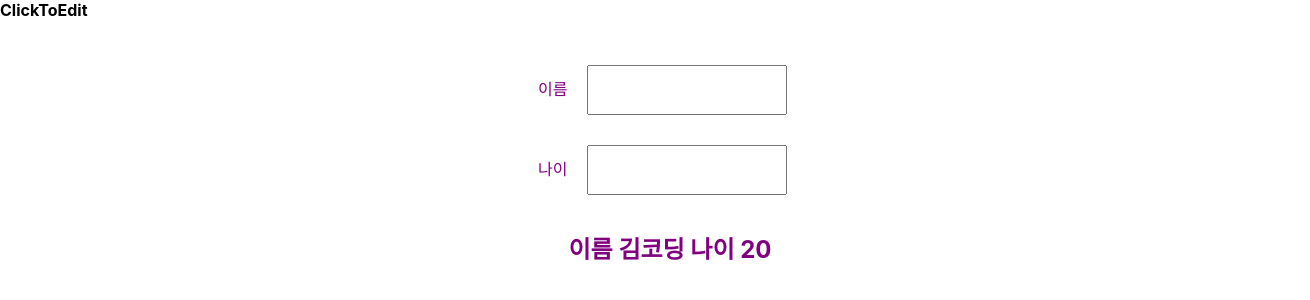
Repository: janghwahyun/wanted_pre_onboarding
Page: /ClickToEdit
An editor plug-in stored every save of this project. The page is shown before and after the next save, followed by the edit.
The browser window is 1280 px wide. The page is 1310 px wide, so the pictures cover 1310 px, including what lies to the right of the window. The pictures show the whole page.
The project was rebuilt for these pictures with package versions that can differ from the ones it lists, and the page was loaded fresh each time. Also part of the build but not shown: src/component/Modal.js, src/component/Tab.js, src/component/Tag.js, src/component/Toggle.js.

Above is the page before, as saved 2022-02-11 14:34:01.

### src/App.js
import ClickToEdit from './component/ClickToEdit';
import Modal from './component/Modal';
import Tab from './component/Tab';
import Tag from './component/Tag';
import Toggle from './component/Toggle';

import './App.css';
import { BrowserRouter, Routes, Route } from 'react-router-dom';

function App() {
  return (
    <BrowserRouter>
      <Routes>
        <Route path="/" element={<App />} />
        <Route path="/ClickToEdit" element={<ClickToEdit />} />
        <Route path="/Modal" element={<Modal />} />
        <Route path="/Tab" element={<Tab />} />
        <Route path="/Tag" element={<Tag />} />
        <Route path="/Toggle" element={<Toggle />} />
      </Routes>
    </BrowserRouter>
  );
}

export default App;

### src/component/ClickToEdit.js
import React, { useState } from 'react';
import styled from 'styled-components';

const ClickToEdit = () => {
  const [name, setName] = useState('김코딩');
  const [age, setAge] = useState('20');

  return (
    <>
      <strong>ClickToEdit</strong>
      <Form>
        <div>
          이름 <Input onChange={e => setName(e.target.value)}></Input>
        </div>
        <div>
          나이 <Input onChange={e => setAge(e.target.value)}></Input>
        </div>
        <h2>
          이름 {name} 나이 {age}
        </h2>
      </Form>
    </>
  );
};
const Form = styled.div`
  width: 100%;
  display: flex;
  justify-content: center;
  align-items: center;
  flex-direction: column;
  margin: 30px;
  color: purple;
`;

const Input = styled.input`
  width: 200px;
  height: 50px;
  margin: 15px;
  transition: 1s;
`;

export default ClickToEdit;

### src/App.css
* {
  box-sizing: border-box;
}

.App {
  width: 100%;
  height: 100vh;
  display: flex;
  justify-content: center;
  align-items: center;
}

Loaded but not shown: public/index.html (common file); src/index.js (common file); src/index.css (common file); src/reportWebVitals.js (common file)

After the next save:
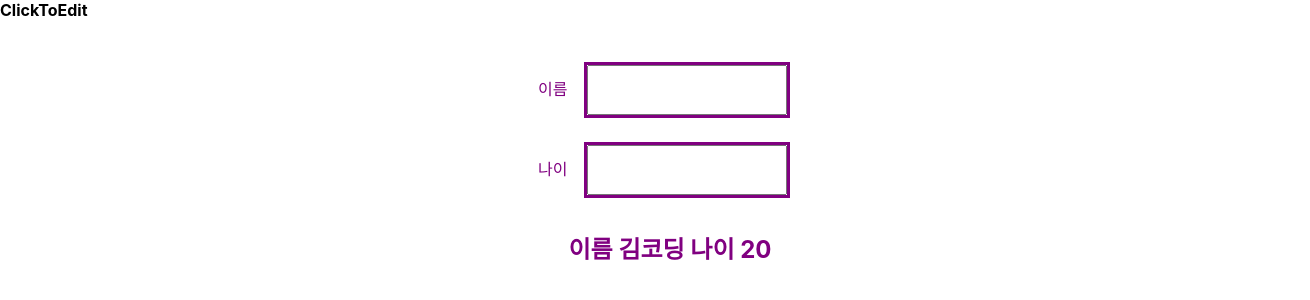
Saved 107 s later.
--- a/src/component/ClickToEdit.js
+++ b/src/component/ClickToEdit.js
@@ -37,6 +37,9 @@
   height: 50px;
   margin: 15px;
   transition: 1s;
+  outline: 3px;
+  outline-color: purple;
+  outline-style: solid;
 `;
 
 export default ClickToEdit;

After the 2 saves that followed:
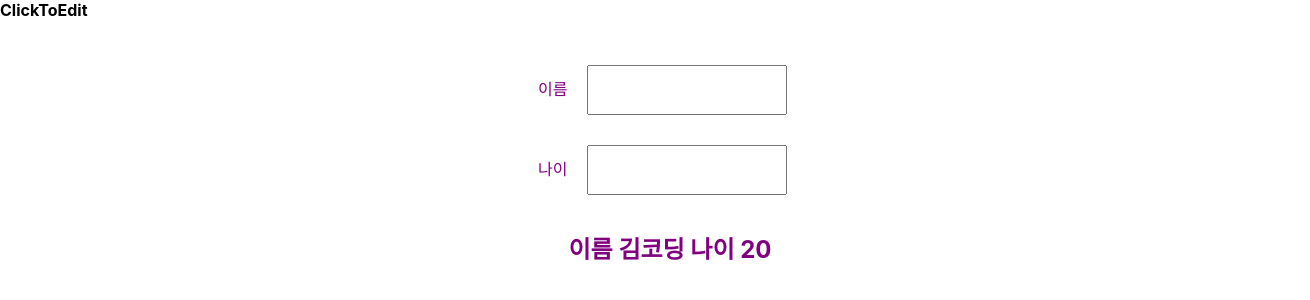
The 2 saves are shown as one change because they came seconds apart.
The last was saved 14 s later.
--- a/src/component/ClickToEdit.js
+++ b/src/component/ClickToEdit.js
@@ -37,8 +37,7 @@
   height: 50px;
   margin: 15px;
   transition: 1s;
-  outline: 3px;
-  outline-color: purple;
+  outline: 3px
   outline-style: solid;
 `;
 
